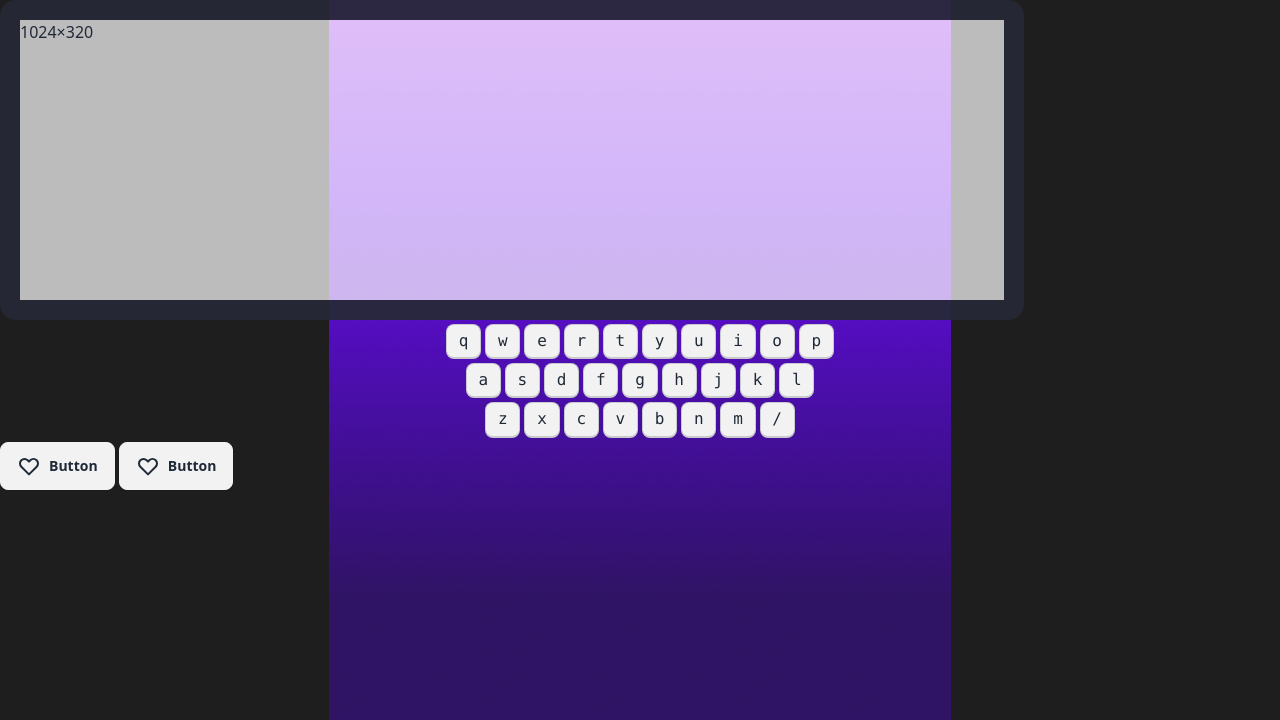
Repository: RudrasahaDibos/Alphabet-clash-
Page: index.html
An editor plug-in stored every save of this project. The page is shown before and after a run of saves, followed by the edit.
The browser window is 1280 px wide. The pictures show the whole page.
Some web fonts or font styles are not loaded; a fallback is used. Some web libraries are served in a nearby version.

Above is the page before, as saved 2024-11-04 12:16:36.

### index.html
<!DOCTYPE html>
<html lang="en">
    <head>
        <meta charset="UTF-8">
        <meta name="viewport" content="width=device-width, initial-scale=1.0">
        <title>Alphabet Clash</title>
        <!-- daisy apa -->
        <link
            href="https://cdn.jsdelivr.net/npm/daisyui@4.12.14/dist/full.min.css"
            rel="stylesheet" type="text/css" />
        <script src="https://cdn.tailwindcss.com"></script>

        <!-- custom css  -->
        <link rel="stylesheet" href="style.css">

    </head>
    <body>
        <main
            class="bg-[#1E1E1E] min-h-screen bg-[url(images/background.png)] bg-no-repeat bg-center ">
            <!-- home screen  start here -->
            <section class="min-h-screen flex justify-center items-center hidden">
                <div class="flex flex-col justify-center items-center gap-10 ">
                    <h1
                        class="text-white text-8xl font-extrabold anton-sc-regular uppercase ">ALPHABET
                        CLASH</h1>
                    <p class="text-white ">Unleash Your Keyboard Kung Fu : Press
                        “Enter” to Play</p>
                    <button class="btn bg-white text-black">Play Now </button>
                </div>
            </section>
            <!-- home screen end here -->
            <!-- midlle screen start here -->
            <section>
                    <!-- display screen start here -->
                    <div class="artboard artboard-horizontal phone-6 border-[20px] border-[#010313CC] bg-[#FFFFFFB3] rounded-2xl">
                        1024×320
                    </div>
                     <!-- dispaly screen end here -->

                     <!-- keyboard start here  -->
                               <div>
                                <div class="my-1 flex w-full justify-center gap-1">
                                    <kbd class="kbd">q</kbd>
                                    <kbd class="kbd">w</kbd>
                                    <kbd class="kbd">e</kbd>
                                    <kbd class="kbd">r</kbd>
                                    <kbd class="kbd">t</kbd>
                                    <kbd class="kbd">y</kbd>
                                    <kbd class="kbd">u</kbd>
                                    <kbd class="kbd">i</kbd>
                                    <kbd class="kbd">o</kbd>
                                    <kbd class="kbd">p</kbd>
                                  </div>
                                  <div class="my-1 flex w-full justify-center gap-1">
                                    <kbd class="kbd">a</kbd>
                                    <kbd class="kbd">s</kbd>
                                    <kbd class="kbd">d</kbd>
                                    <kbd class="kbd">f</kbd>
                                    <kbd class="kbd">g</kbd>
                                    <kbd class="kbd">h</kbd>
                                    <kbd class="kbd">j</kbd>
                                    <kbd class="kbd">k</kbd>
                                    <kbd class="kbd">l</kbd>
                                  </div>
                                  <div class="my-1 flex w-full justify-center gap-1">
                                    <kbd class="kbd">z</kbd>
                                    <kbd class="kbd">x</kbd>
                                    <kbd class="kbd">c</kbd>
                                    <kbd class="kbd">v</kbd>
                                    <kbd class="kbd">b</kbd>
                                    <kbd class="kbd">n</kbd>
                                    <kbd class="kbd">m</kbd>
                                    <kbd class="kbd">/</kbd>
                                  </div>
                               </div>
                      <!-- keyboard end here -->

                      <!-- life and scrore button here -->
                               <div>
                                <button class="btn">
                                    <svg
                                      xmlns="http://www.w3.org/2000/svg"
                                      class="h-6 w-6"
                                      fill="none"
                                      viewBox="0 0 24 24"
                                      stroke="currentColor">
                                      <path
                                        stroke-linecap="round"
                                        stroke-linejoin="round"
                                        stroke-width="2"
                                        d="M4.318 6.318a4.5 4.5 0 000 6.364L12 20.364l7.682-7.682a4.5 4.5 0 00-6.364-6.364L12 7.636l-1.318-1.318a4.5 4.5 0 00-6.364 0z" />
                                    </svg>
                                    Button
                                  </button>

                                  <button class="btn">
                                    <svg
                                      xmlns="http://www.w3.org/2000/svg"
                                      class="h-6 w-6"
                                      fill="none"
                                      viewBox="0 0 24 24"
                                      stroke="currentColor">
                                      <path
                                        stroke-linecap="round"
                                        stroke-linejoin="round"
                                        stroke-width="2"
                                        d="M4.318 6.318a4.5 4.5 0 000 6.364L12 20.364l7.682-7.682a4.5 4.5 0 00-6.364-6.364L12 7.636l-1.318-1.318a4.5 4.5 0 00-6.364 0z" />
                                    </svg>
                                    Button
                                  </button>
                               </div>
                      <!-- life and scrore button end here -->
            </section>
            <!-- midlle screen end here -->
             <!-- last screen start here -->
            <section>

            </section>
            <!-- last screen end here -->
        </main>
    </body>
</html>

### style.css


@import url('https://fonts.googleapis.com/css2?family=Anton+SC&family=Manrope:wght@200..800&display=swap');


.font-manrope {
    font-family: "Manrope", serif;
  }

  .anton-sc-regular {
    font-family: "Anton SC", sans-serif;
  }

After the next 4 saves:
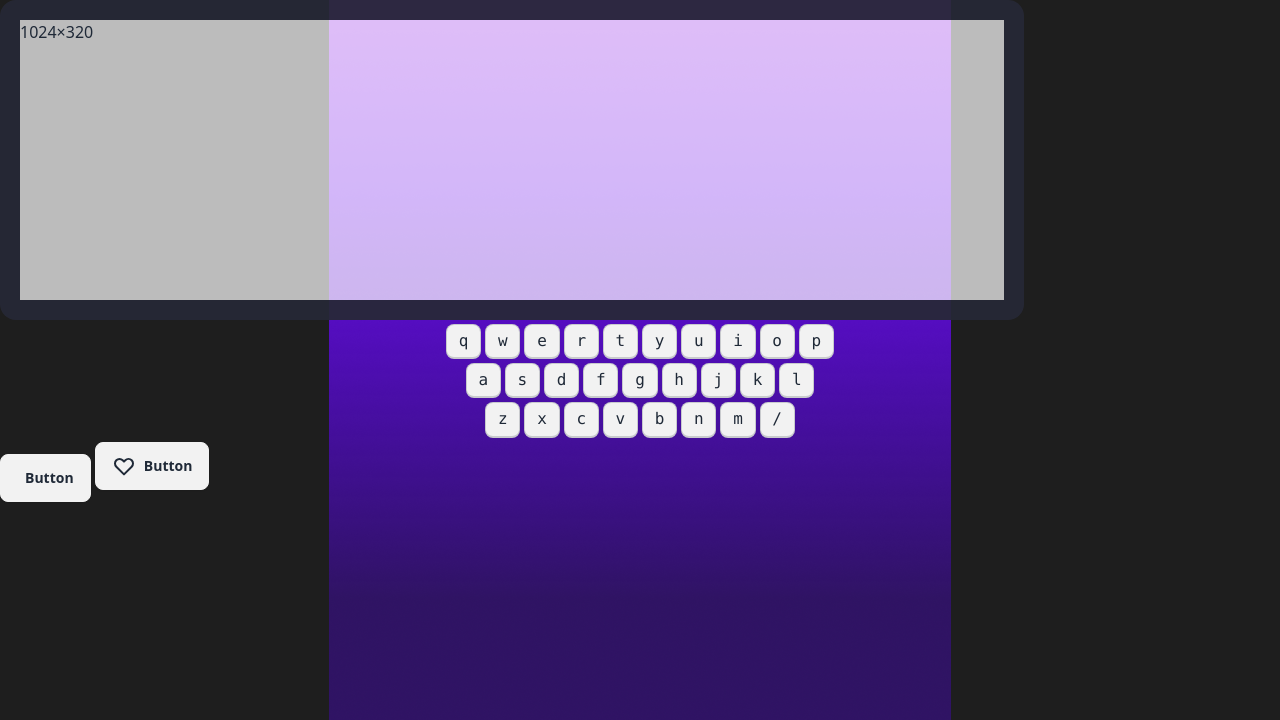
The 4 saves are shown as one change because they came seconds apart.
The last was saved 81 s later.
--- a/index.html
+++ b/index.html
@@ -78,18 +78,7 @@
                       <!-- life and scrore button here -->
                                <div>
                                 <button class="btn">
-                                    <svg
-                                      xmlns="http://www.w3.org/2000/svg"
-                                      class="h-6 w-6"
-                                      fill="none"
-                                      viewBox="0 0 24 24"
-                                      stroke="currentColor">
-                                      <path
-                                        stroke-linecap="round"
-                                        stroke-linejoin="round"
-                                        stroke-width="2"
-                                        d="M4.318 6.318a4.5 4.5 0 000 6.364L12 20.364l7.682-7.682a4.5 4.5 0 00-6.364-6.364L12 7.636l-1.318-1.318a4.5 4.5 0 00-6.364 0z" />
-                                    </svg>
+                                      <img src="" alt="">
                                     Button
                                   </button>
 
